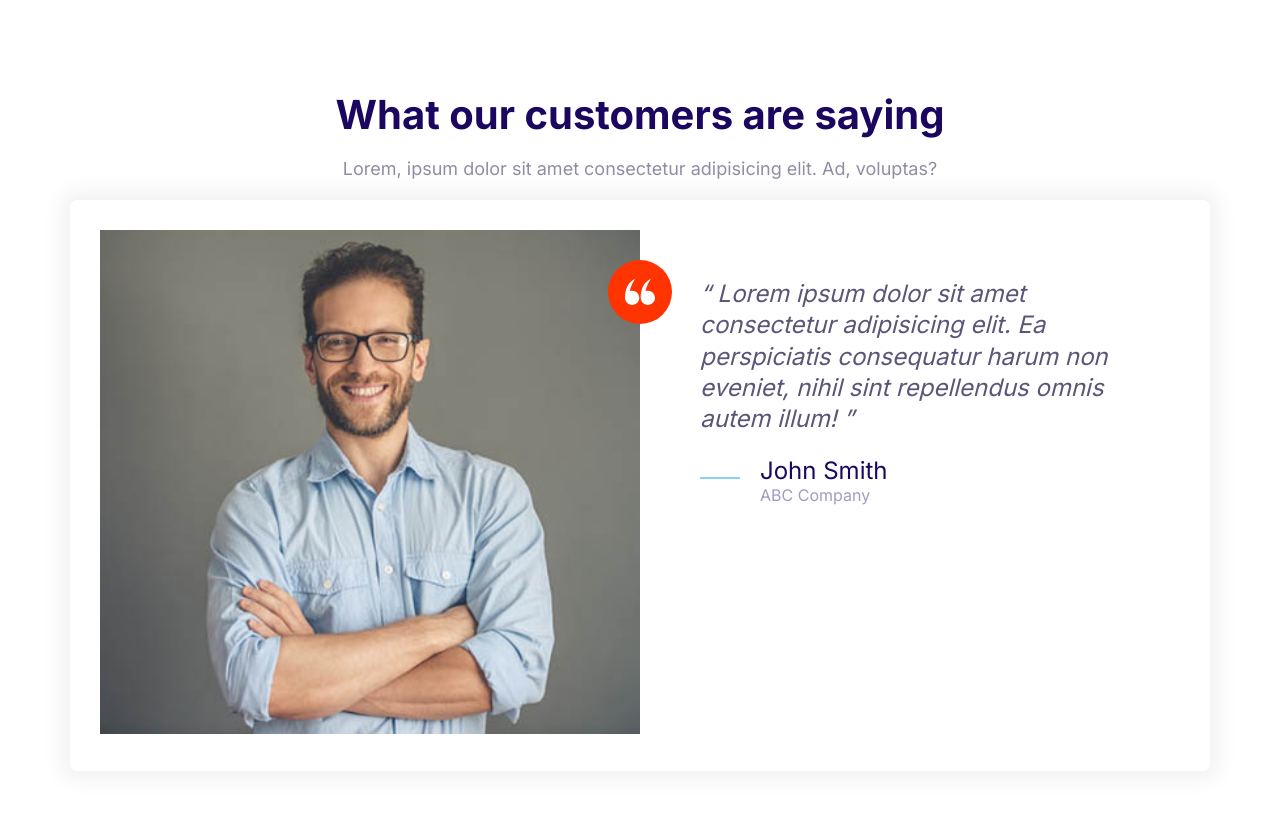
Repository: LeonUIO/first_website
Page: index.html
The author's editor kept a copy of each file at every save. The page is drawn from the files as they stood at one save, then again after the next save.
The browser window is 1280 px wide. The pictures show the whole page.

Above is the page before, as saved 2021-04-13 10:12:48.

After the next save:
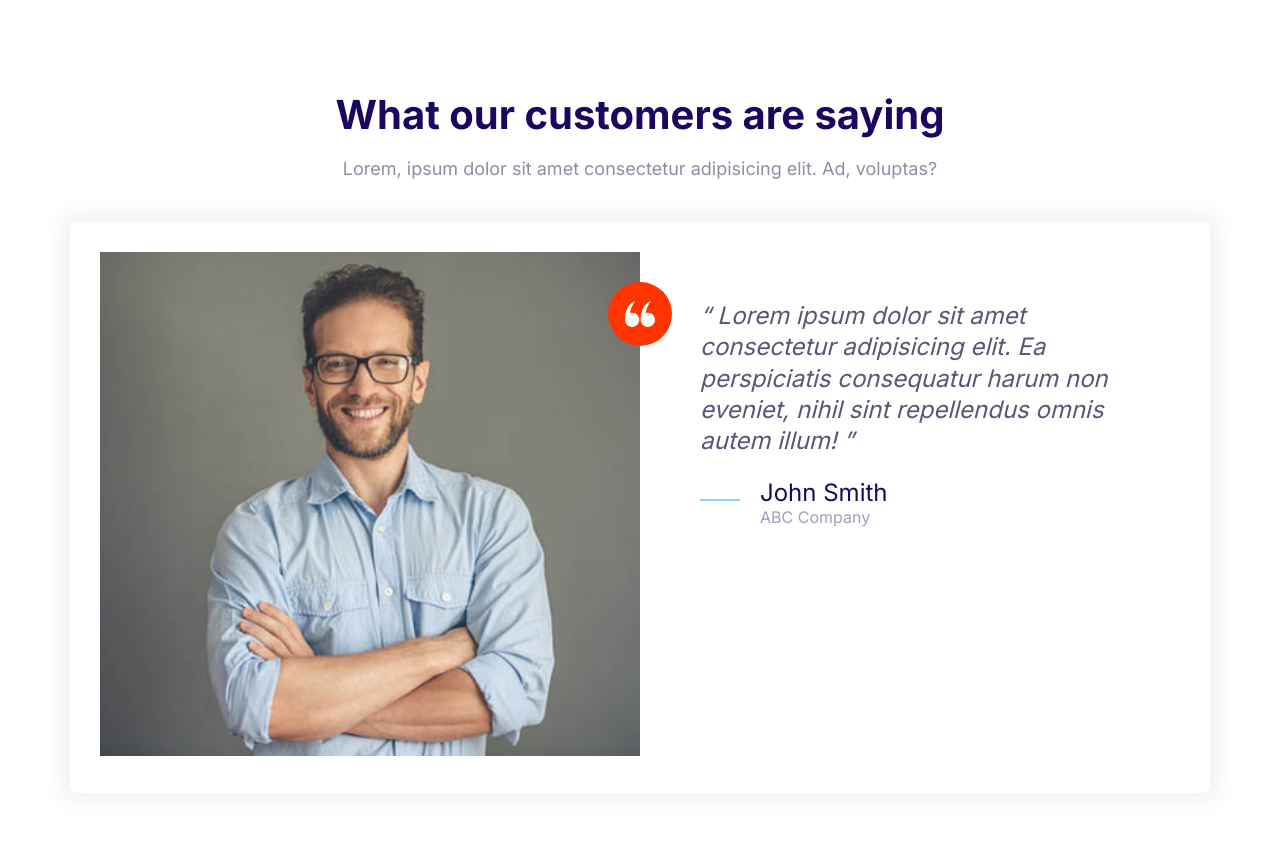
Saved 7 s later.
--- a/css/styles.css
+++ b/css/styles.css
@@ -612,7 +612,7 @@ a {
 
 .block__header {
   text-align: center;
-  margin-botton
+  margin-bottom: 4rem;
 }
 
 .block__heading {
@@ -791,7 +791,6 @@ a {
   }
 }
 
-
 /* Showcase Block */
 .block-showcase__image > img {
   width: 100%;
